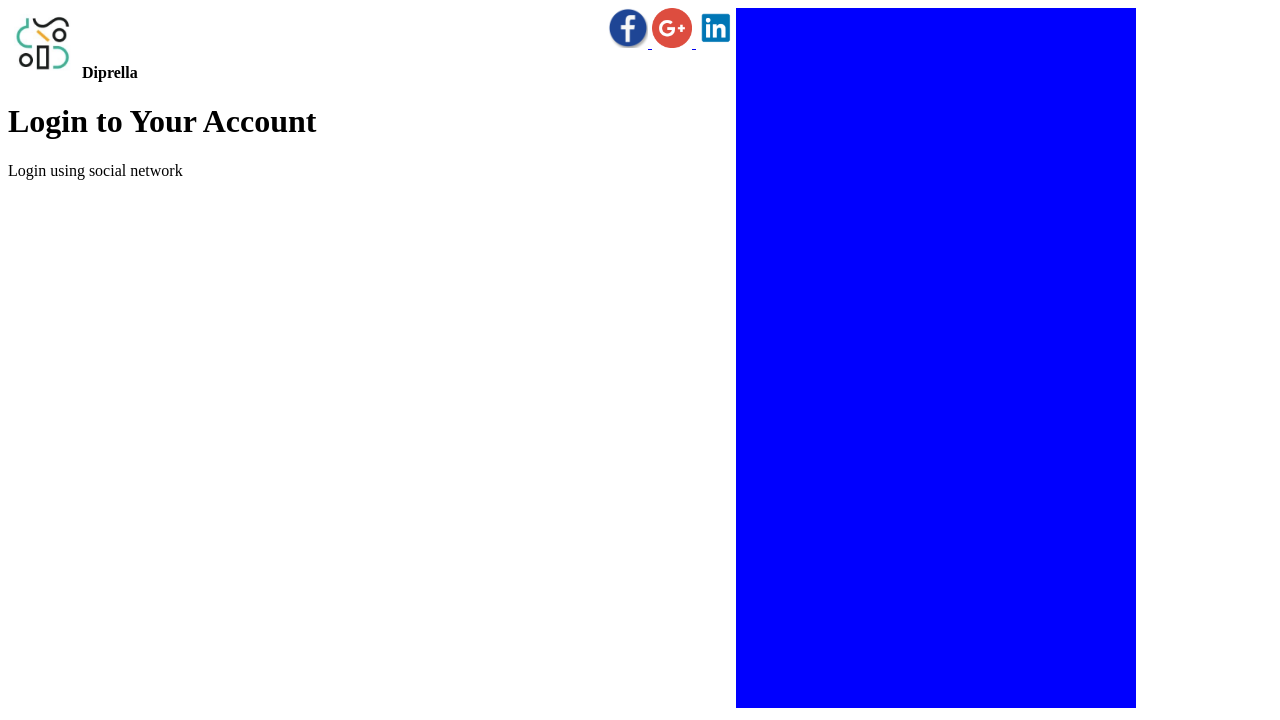
Repository: Tobby004/bdc-assignment-3
Page: task.html
The author's editor kept a copy of each file at every save. The page is drawn from the files as they stood at one save, then again after the next save.
The browser window is 1280 px wide. The pictures show the whole page.

Above is the page before, as saved 2023-02-21 08:48:47.

After the next save:
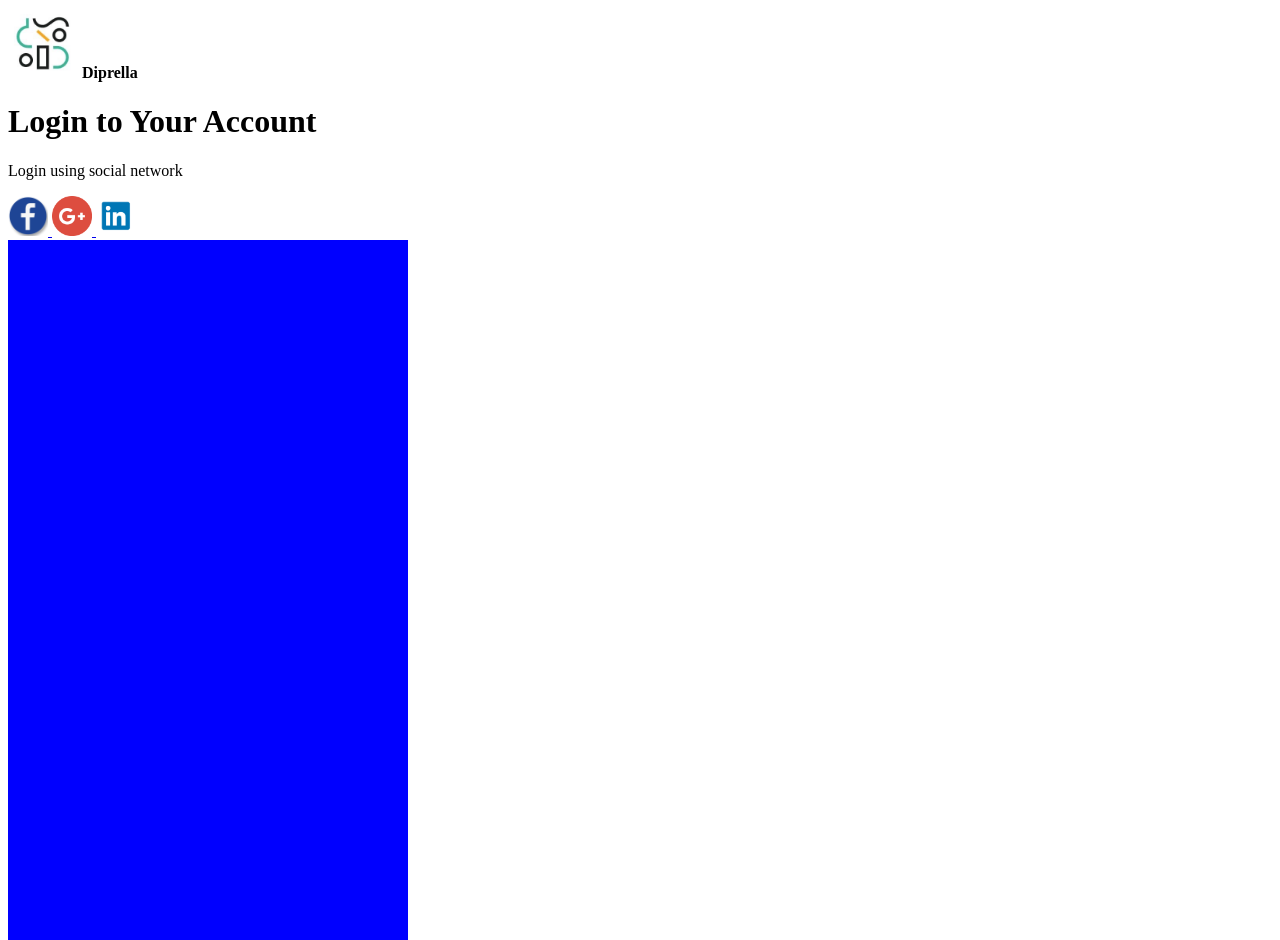
Saved 94 s later.
--- a/task.html
+++ b/task.html
@@ -14,7 +14,6 @@
        <b>Diprella</b>
       <h1>Login to Your Account</h1>
       <p>Login using social network</p>
-        </div>
         <div class="logo">
             <a href="#"><img src="facebook.png"</href>
             <a href="#"><img src="googe plus.png"</href>
--- a/task.css
+++ b/task.css
@@ -21,7 +21,7 @@ header img {
 }
 div b {
     color: black;
+} a img {
+    height: 40px
+
 }
-div a img {
-    height: 40px;
-}
